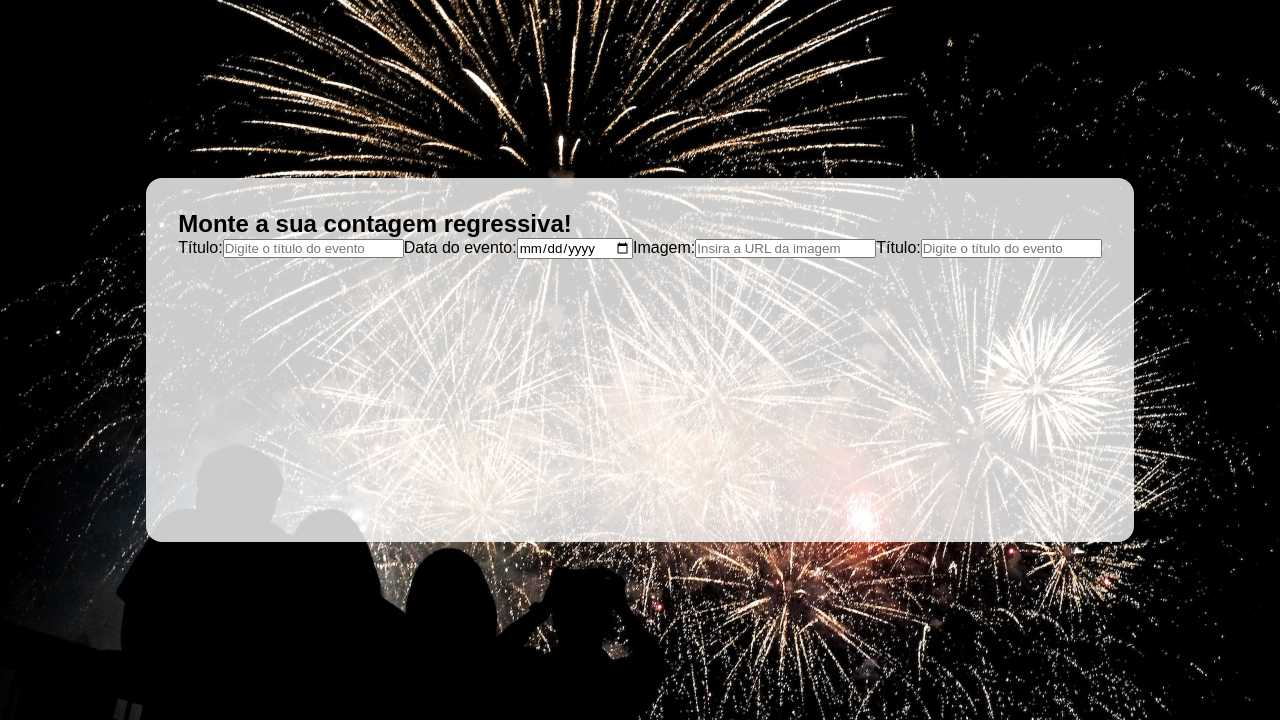
Repository: Bitroia/countdown_timer
Page: / (app in countdown/)
The author's editor kept a copy of each file at every save. The page is drawn from the files as they stood at one save, then again after the next save.
The browser window is 1280 px wide. The pictures show the whole page.
The project was rebuilt for these pictures with package versions that can differ from the ones it lists, and the page was loaded fresh each time. Also part of the build but not shown: countdown/vite.config.js, countdown/src/components/Title.css, countdown/src/components/Title.jsx, countdown/src/components/Counter.css, countdown/src/components/Counter.jsx, countdown/src/routes/Countdown.jsx.

Above is the page before, as saved 2026-07-07 20:07:20.

### countdown/index.html
<!doctype html>
<html lang="en">
  <head>
    <meta charset="UTF-8" />
    <link rel="icon" type="image/svg+xml" href="/favicon.svg" />
    <meta name="viewport" content="width=device-width, initial-scale=1.0" />
    <title>countdown</title>
  </head>
  <body>
    <div id="root"></div>
    <script type="module" src="/src/main.jsx"></script>
  </body>
</html>

### countdown/src/main.jsx
import { StrictMode } from "react";
import { createRoot } from "react-dom/client";
import "./index.css";
import App from "./App.jsx";

import { createBrowserRouter, RouterProvider } from "react-router-dom";

//!Pages

import Home from "./routes/Home.jsx";
import Countdown from "./routes/Countdown.jsx";

const router = createBrowserRouter([
  {
    path: "/",
    element: <App />,
    children: [
      {
        path: "/",
        element: <Home />,
      },
      {
        path: "/countdown",
        element: <Countdown />,
      },
    ],
  },
]);

createRoot(document.getElementById("root")).render(
  <StrictMode>
    <RouterProvider router={router} />
  </StrictMode>,
);

### countdown/src/index.css
* {
  margin: 0;
  padding: 0;
  font-family: Arial, Helvetica, sans-serif;

}

body {
  min-height: 100vh;
}

### countdown/src/App.jsx
import "./App.css";
import NewYear from "./assets/newyear.jpg";
import useCountdown from "./hooks/useCountdown";
import { Outlet } from "react-router-dom";

function App() {

  return (
    <div className="app" style={{ backgroundImage: `url(${NewYear})` }}>
      <div className="container">
        <Outlet/>
        </div>

      </div>
  );
}

export default App;

### countdown/src/routes/Home.jsx
import React from "react";

const Home = () => {
  return (
    <div className="Home">
      <h2>Monte a sua contagem regressiva!</h2>
      <form className="countdown-form">
        <label>
          <span>Título:</span>
          <input
            type="text"
            name="title"
            placeholder="Digite o título do evento"
          />
        </label>

        <label>
          <span>Data do evento:</span>
          <input type="date" name="date" />
        </label>
        <label>
          <span>Imagem:</span>
          <input
            type="text"
            name="image"
            placeholder="Insira a URL da imagem"
          />
        </label>
        <label>
          <span>Título:</span>
          <input
            type="text"
            name="title"
            placeholder="Digite o título do evento"
          />
        </label>
      </form>
    </div>
  );
};

export default Home;

### countdown/src/App.css
.app {
  min-height: 100vh;
  background-size: cover;
  background-position: center;
  display: flex;
  justify-content: center;
  align-items: center;
}

.container {
  min-width: 50%;
  min-height: 300px;
  background-color: rgba(255, 255, 255, 0.8);
  padding: 2rem;
  border-radius: 1rem;
}

.countdown-container {
  display: flex;
  justify-content: center;
  align-items: center;
  height: 200px;
  gap: 2rem;
}

### countdown/src/hooks/useCountdown.jsx
import { useState } from "react";

const useCountdown = (date) => {
  const [day, setDay] = useState();
  const [hour, setHour] = useState();
  const [minute, setMinute] = useState();
  const [second, setSecond] = useState();

  const countdown = () => {

    const countDate = new Date(date).getTime();
    const now = new Date().getTime();
    const interval = countDate - now;

    const second = 1000;
    const minute = second * 60;
    const hour = minute * 60;
    const day = hour * 24;

    const dayNumber = Math.floor(interval / day);
    const hourNumber = Math.floor((interval % day) / hour);
    const minuteNumber = Math.floor((interval % hour) / minute);
    const secondNumber = Math.floor((interval % minute) / second);

    setDay(dayNumber);
    setHour(hourNumber);
    setMinute(minuteNumber);
    setSecond(secondNumber);
  };

  setInterval(countdown, 1000);
  return [day,hour,minute,second];
};

export default useCountdown;

After the next save:
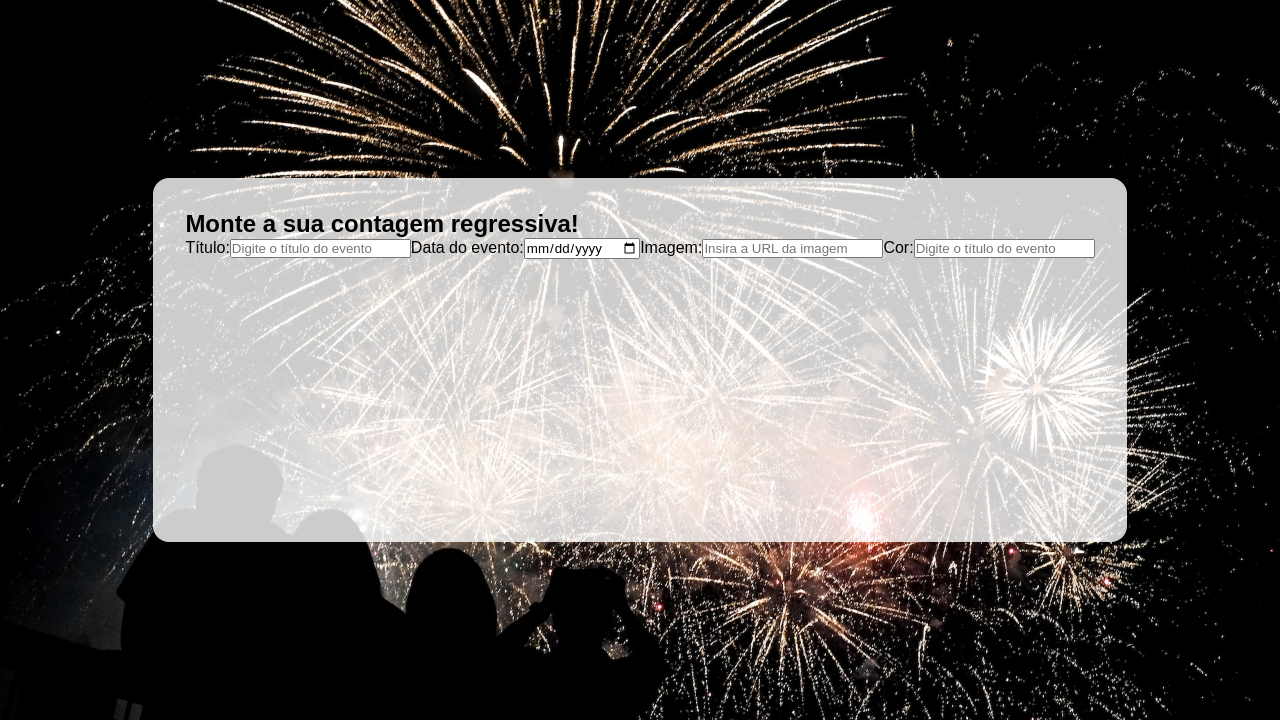
Saved 5 s later.
--- a/countdown/src/routes/Home.jsx
+++ b/countdown/src/routes/Home.jsx
@@ -27,7 +27,7 @@ const Home = () => {
           />
         </label>
         <label>
-          <span>Título:</span>
+          <span>Cor:</span>
           <input
             type="text"
             name="title"
